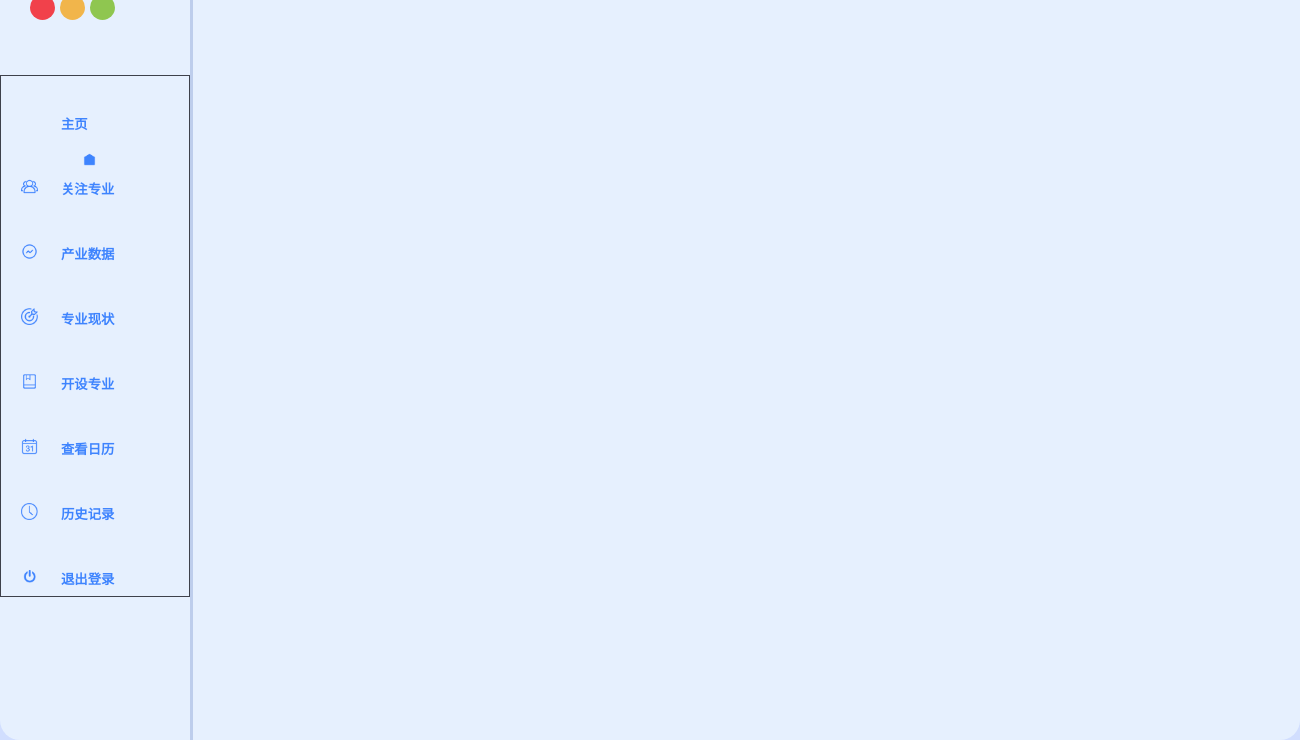
Repository: akaCSDN/test
Page: 2.1主页.html
These files come from the project's save history. The page is drawn as it stood at one moment and after a run of saves; the edit follows.
The browser window is 1280 px wide. The page is 1300 px wide, so the pictures cover 1300 px, including what lies to the right of the window. The pictures show the whole page.

Above is the page before, as saved 2022-12-03 12:58:59.

### 2.1主页.html
<!DOCTYPE html>
<html lang="en">
<head>
    <meta charset="UTF-8">
    <meta http-equiv="X-UA-Compatible" content="IE=edge">
    <meta name="viewport" content="width=device-width, initial-scale=1.0">
    <title>Document</title>
    <style type="text/css">
        *{
            margin: 0;
            padding: 0;
            border: 0;
        }
        .main{
            width: 1300px;
            height: 760px;
            /* border: 1px solid black; */
            border-radius: 20px;
            background-color: aliceblue;
            opacity: 0.7;
            position: absolute;
            top: 0;
            right: 0;
            bottom: 0;
            left: 0;
            margin: auto;

        }
        .left{
            width: 190px;
            height: 760px;
            border-radius: 20px 0px 0px 20px;
            border-right: 3px solid rgba(146, 169, 213, 0.622);
            /* border: 1px solid black; */
            position: absolute;
        }
        .circle-point{
            width: 100px;
            height: 30px;
            /* border: 1px solid black; */
            margin-left: 25px;
            margin-top: 15px;
        }
        .circle-point div{
            width: 25px;
            height: 25px;
            border-radius: 100% 100% 100% 100%;
            float: left;
            opacity: 1;
            /* position: absolute; */
            margin-left: 5px;

        }
        .button{
            width: auto;
            height: auto;
            border: 1px solid black;
            margin-top: 50px;

        }
        .button ul{
            list-style-type: none;
        }
        .button button{
            width: 120px;
            height: 35px;
            text-align: left;
            margin-left: 60px;
            /* color: rgba(0, 94, 255, 0.909); */
            color: #005EFF;
            font-weight: 600;
            margin-top: 30px;
            background: none;


        }
        .button img{
            width: 17px;
            height: 17px;
            position: absolute;
            margin-top: 37px;
            margin-left: 20px;
            /* border-left: 2px solid #000; */
        }
    </style>
</head>
<body style="background-color: rgb(209, 222, 254);">
    <div class="main">
        <div class="left">
            <div class="circle-point">
                <div style="background-color: red;"></div>
                <div style="background-color: orange;"></div>
                <div style="background-color:rgb(116, 189, 7);"></div>
            </div>
            <div class="button">

                    <button><img src="./icon/主页.png" alt="">主页</button>
                    <br>
                    <img src="./icon/专业.png" alt=""><button>关注专业</button>
                    <br>
                    <img src="./icon/数据.png" alt=""><button>产业数据</button>
                    <br>
                    <img src="./icon/现状.png" alt=""><button>专业现状</button>
                    <br>
                    <img src="./icon/开设.png" alt=""><button>开设专业</button>
                    <br>
                    <img src="./icon/日历.png" alt=""><button>查看日历</button>
                    <br>
                    <img src="./icon/历史.png" alt=""><button>历史记录</button>
                    <br>
                    <img src="./icon/退出.png" alt=""><button>退出登录</button>

            </div>



        </div>

    </div>
</body>
</html>

After the next 2 saves:
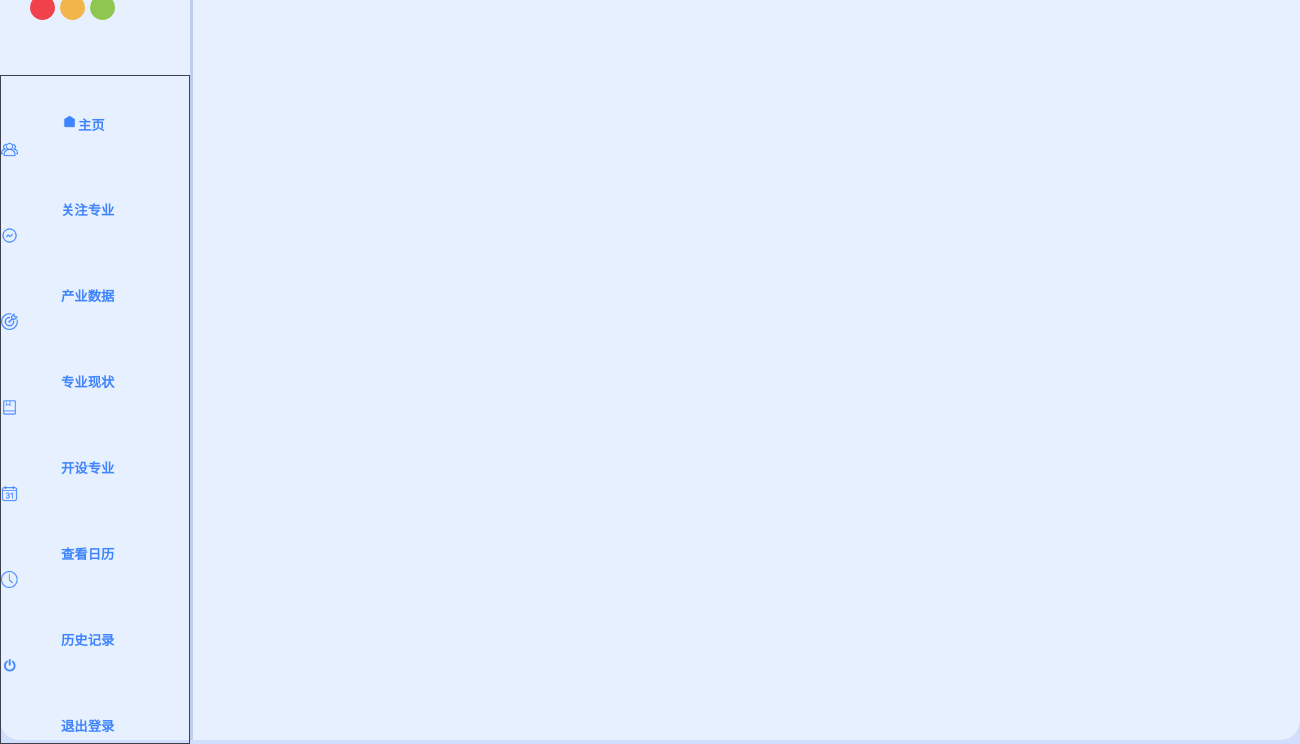
The 2 saves are shown as one change because they came seconds apart.
The last was saved 14 s later.
--- a/2.1主页.html
+++ b/2.1主页.html
@@ -77,10 +77,10 @@
         .button img{
             width: 17px;
             height: 17px;
-            position: absolute;
+            /* position: absolute;
             margin-top: 37px;
             margin-left: 20px;
-            /* border-left: 2px solid #000; */
+            border-left: 2px solid #000; */
         }
     </style>
 </head>
